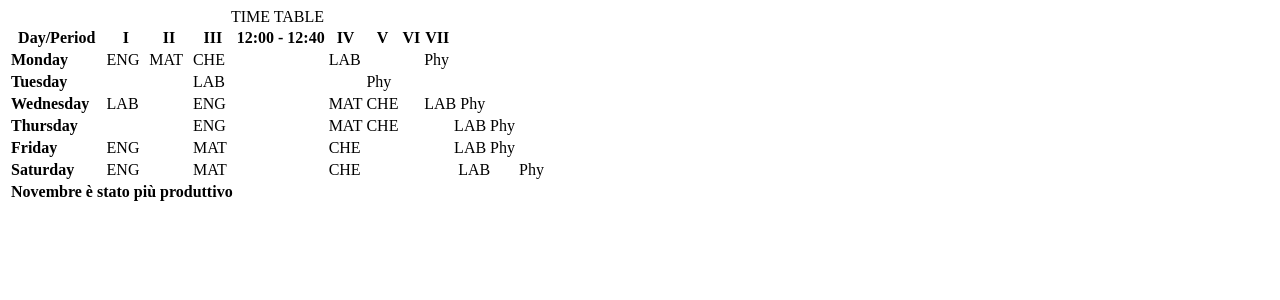
Repository: MicTomm/corso-frontend
Page: HTML/tabella/index.html
An editor plug-in stored every save of this project. The page is shown before and after the next save, followed by the edit.
The browser window is 1280 px wide. The pictures show the whole page.

Above is the page before, as saved 2023-11-07 16:23:27.

### HTML/tabella/index.html
<!DOCTYPE html>
<html lang="it">
<head>
  <meta charset="UTF-8">
  <meta name="viewport" content="width=device-width, initial-scale=1.0">
  <title>Ta-bella</title>
</head>
<body>
  <table>
    <caption>TIME TABLE</caption>
    <thead>
      <tr>
        <th>Day/Period</th>
        <th>I</th>
        <th>II</th>
        <th>III</th>
        <th>12:00 - 12:40</th>
        <th>IV</th>
        <th>V</th>
        <th>VI</th>
        <th>VII</th>
      </tr>
    </thead>

    <tbody>
      <tr>
        <td><b>Monday</b></td>
        <td>ENG</td>
        <td>MAT</td>
        <td>CHE</td>
        <td rowspan="6"></td>
        <td colspan="3">LAB</td>
        <td>Phy</td>
      </tr>
      <tr>
        <td><b>Tuesday</b></td>
        <td rowspan="3">LAB</td>
        <td rowspan="6"></td>
        <td colspan="3">LAB</td>
        <td>Phy</td>
      </tr><tr>
        <td><b>Wednesday</b></td>
        <td>ENG</td>
        <td>MAT</td>
        <td>CHE</td>
        <td rowspan="6"></td>
        <td colspan="3">LAB</td>
        <td>Phy</td>
      </tr><tr>
        <td><b>Thursday</b></td>
        <td>ENG</td>
        <td>MAT</td>
        <td>CHE</td>
        <td rowspan="6"></td>
        <td colspan="3">LAB</td>
        <td>Phy</td>
      </tr><tr>
        <td><b>Friday</b></td>
        <td>ENG</td>
        <td>MAT</td>
        <td>CHE</td>
        <td rowspan="6"></td>
        <td colspan="3">LAB</td>
        <td>Phy</td>
      </tr><tr>
        <td><b>Saturday</b></td>
        <td>ENG</td>
        <td>MAT</td>
        <td>CHE</td>
        <td rowspan="6"></td>
        <td colspan="3">LAB</td>
        <td>Phy</td>
      </tr>
    </tbody>

    <tfoot>
      <tr>
        <th colspan= "4">Novembre è stato più produttivo</th>
      </tr>
    </tfoot>
  </table>
</body>
</html>

After the next save:
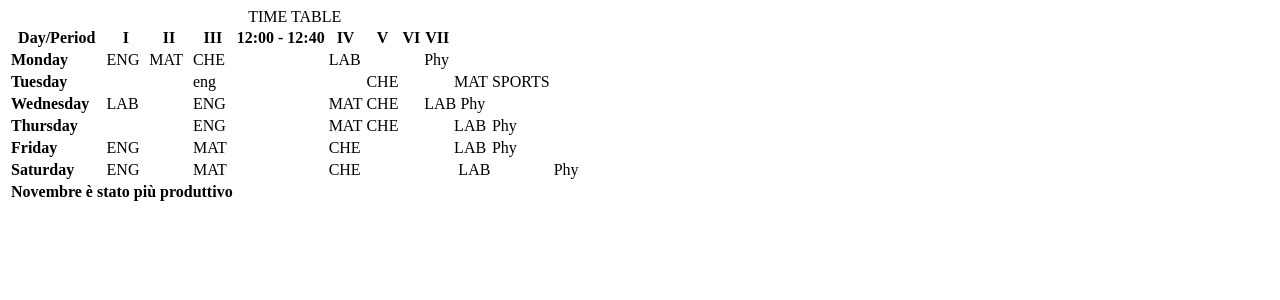
Saved 46 s later.
--- a/HTML/tabella/index.html
+++ b/HTML/tabella/index.html
@@ -36,8 +36,10 @@
         <td><b>Tuesday</b></td>
         <td rowspan="3">LAB</td>
         <td rowspan="6"></td>
-        <td colspan="3">LAB</td>
-        <td>Phy</td>
+        <td colspan="3">eng</td>
+        <td colspan="3">CHE</td>
+        <td colspan="3">MAT</td>
+        <td>SPORTS</td>
       </tr><tr>
         <td><b>Wednesday</b></td>
         <td>ENG</td>
